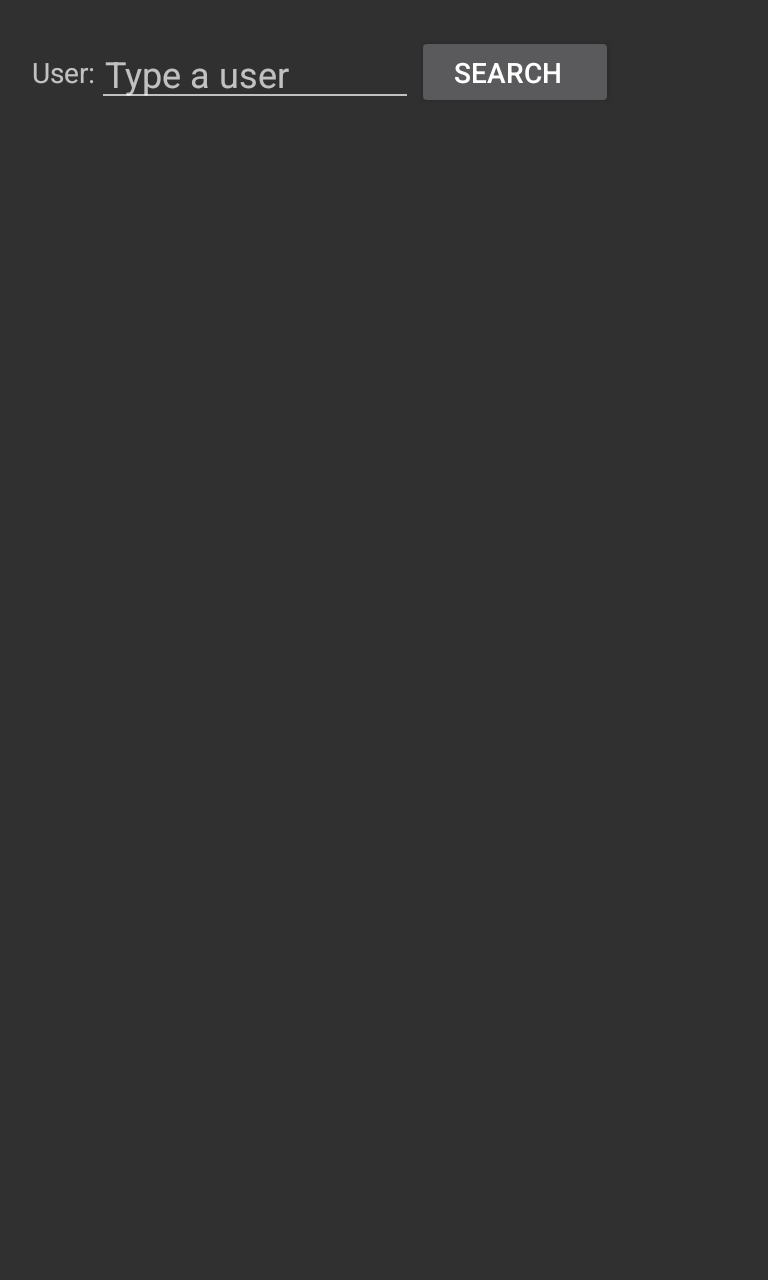
Repository: mberenguerascampi/github_app
Layout: GitHubApp/res/layout/activity_main.xml
These files come from the project's save history. The layout is drawn as it stood at one moment and after the next save; the edit follows.
It is drawn on a 768 x 1280 px phone screen (xhdpi) without system bars, with theme Theme.AppCompat; the app's code is not run. Lists and similar views that code fills are empty.

Above is the layout before, as saved 2014-12-26 15:40:55.

After the next save:
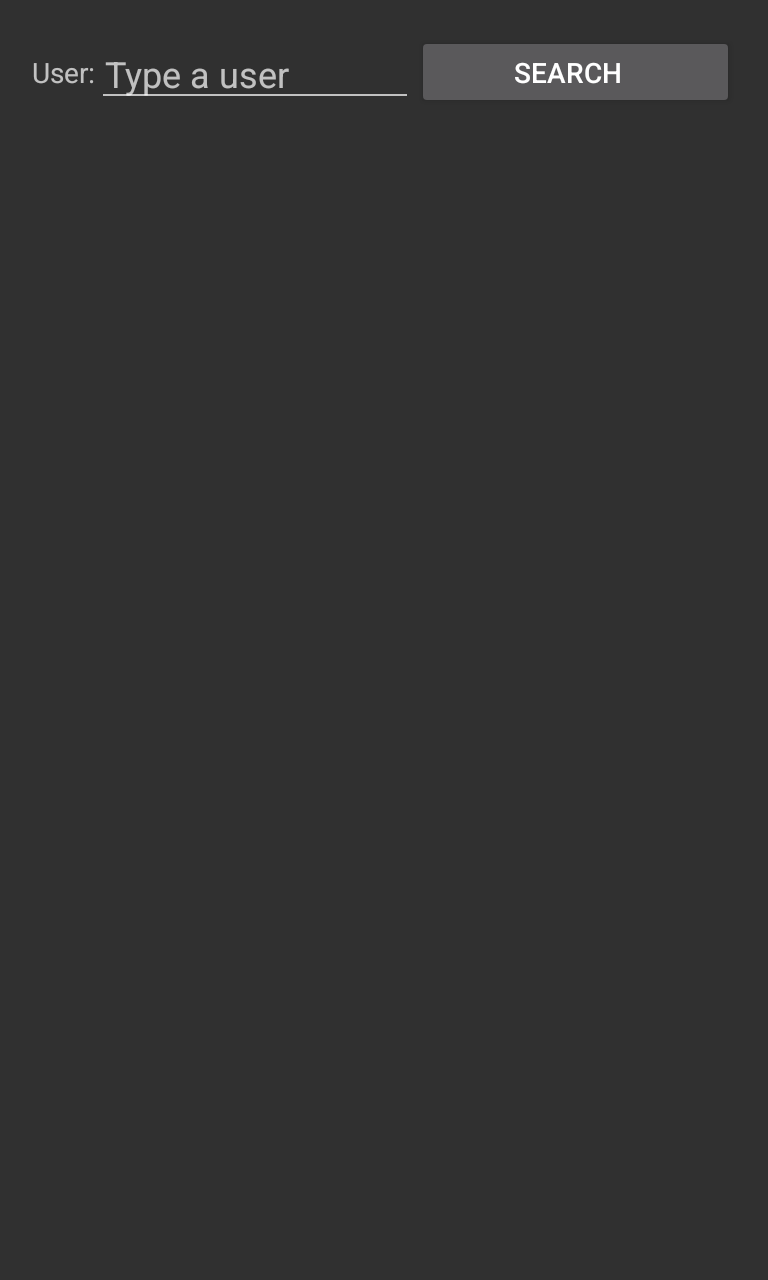
Saved 5 min 42 s later.
--- a/GitHubApp/res/layout/activity_main.xml
+++ b/GitHubApp/res/layout/activity_main.xml
@@ -31,6 +31,7 @@
         android:layout_height="40dip"
         android:layout_alignTop="@+id/searchUserEditText"
         android:layout_toRightOf="@+id/searchUserEditText"
+        android:layout_alignParentRight="true"
         android:paddingLeft="5dip"
         android:text="@string/search_button_text" />
 
